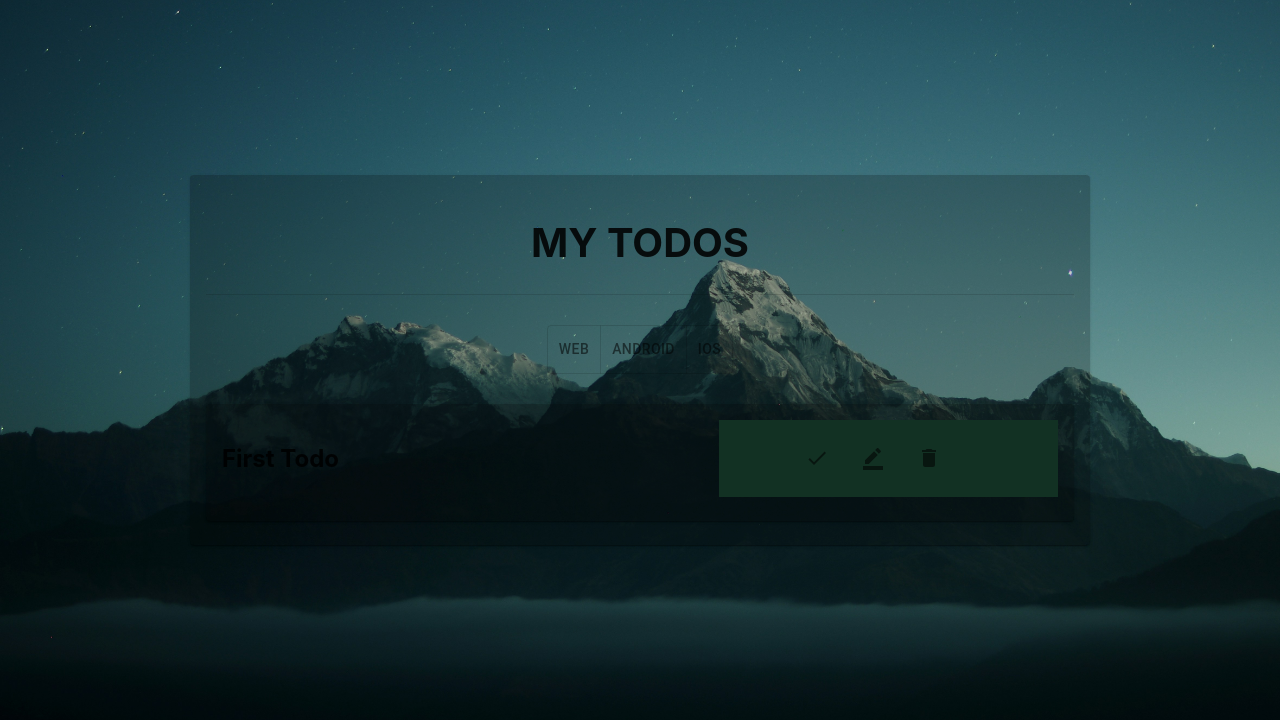
Repository: Ebadahamde/React-CRUDS-Project
Page: /
The author's editor kept a copy of each file at every save. The page is drawn from the files as they stood at one save, then again after the next save.
The browser window is 1280 px wide. The pictures show the whole page.
The project was rebuilt for these pictures with package versions that can differ from the ones it lists, and the page was loaded fresh each time.

Above is the page before, as saved 2025-08-23 16:30:53.

After the next save:
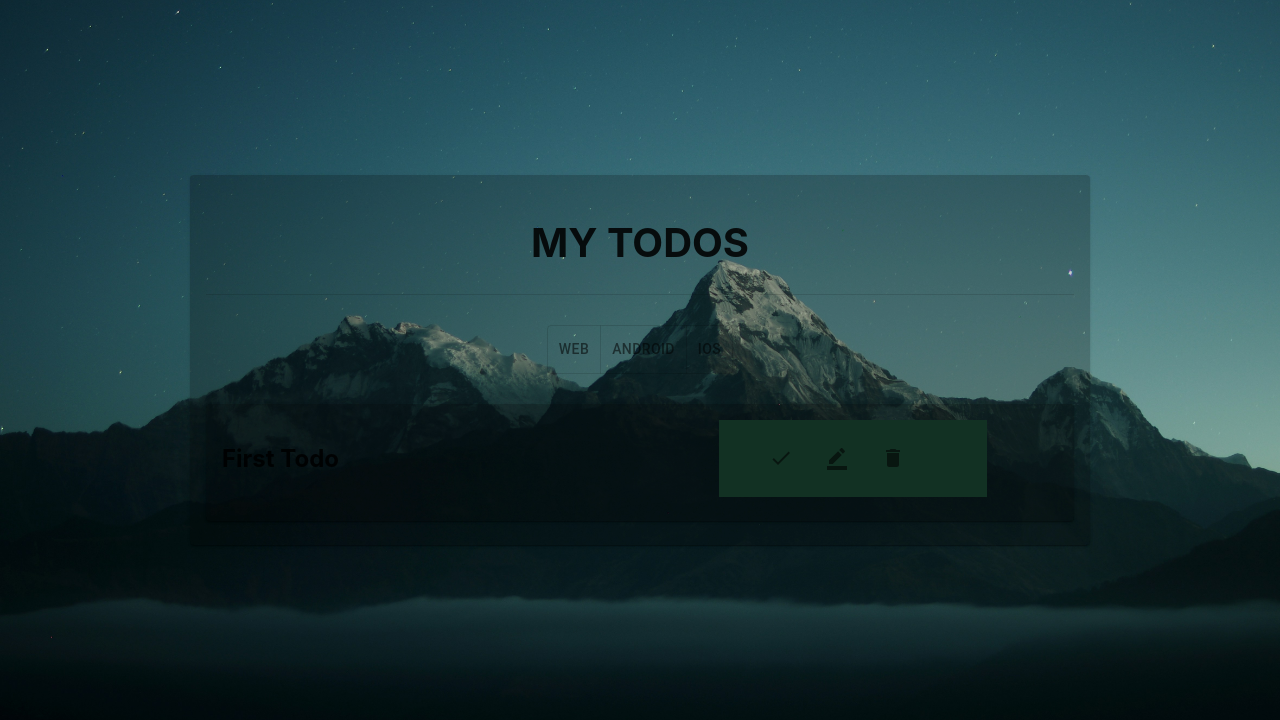
Saved 12 s later.
--- a/src/Componends/todo.js
+++ b/src/Componends/todo.js
@@ -22,7 +22,7 @@ export default function Todo() {
               justifyContent: "center",
               alignItems: "center",
             }}
-            size={5}
+            size={4}
           >
             <>
               <Stack direction="row" spacing={2}>
